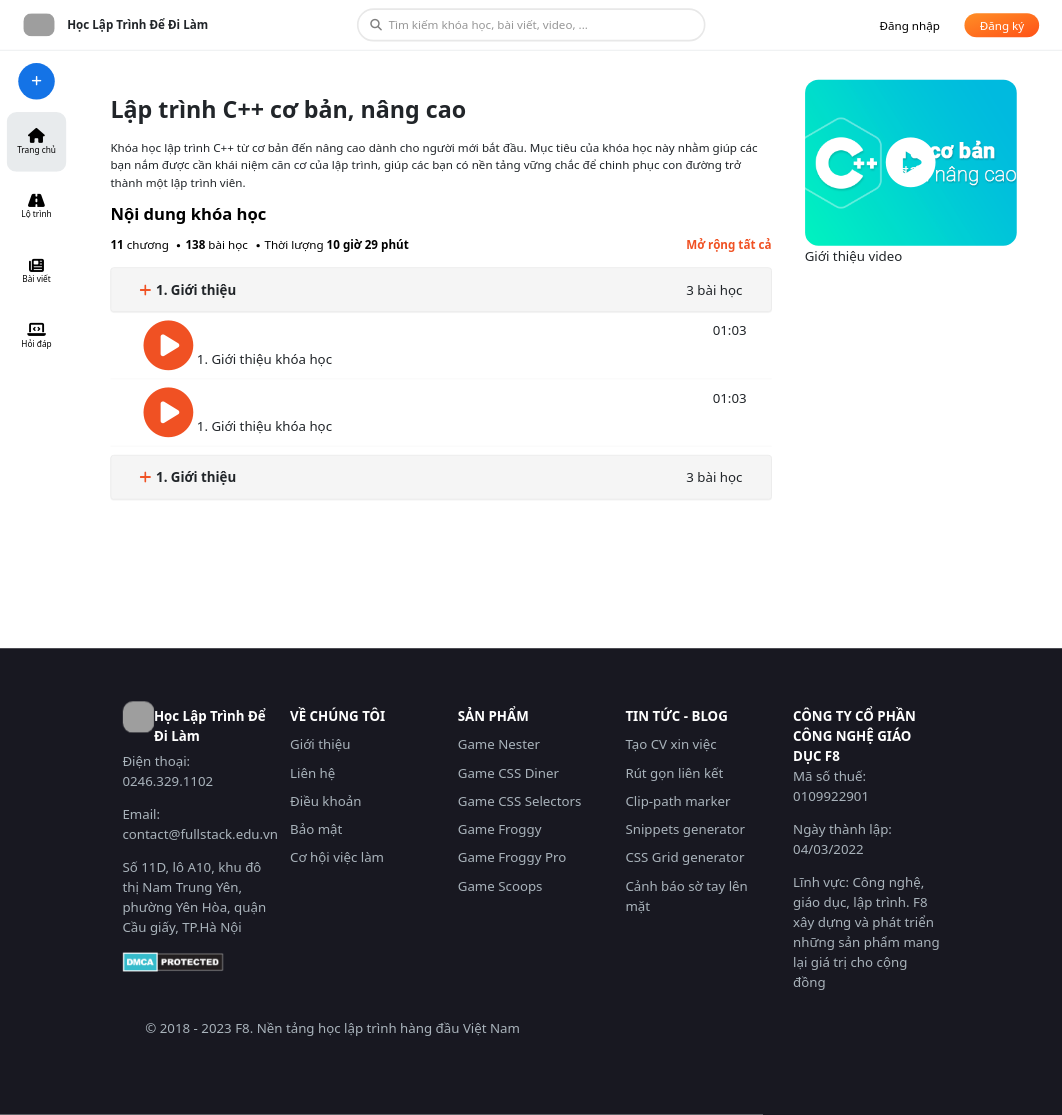
Repository: Quoc-Thang/projectasm
Page: introcourse.html
An editor plug-in stored every save of this project. The page is shown before and after the next save, followed by the edit.
The browser window is 1280 px wide. The pictures show the whole page, at 83% of full size.
Pictures or frames that could not be fetched are drawn as grey boxes. Some web libraries are served in a nearby version.

Above is the page before, as saved 2023-11-30 22:41:36.

### introcourse.html
<!DOCTYPE html>
<html lang="vi">
  <head>
    <meta charset="UTF-8" />
    <meta name="viewport" content="width=device-width, initial-scale=1.0" />
    <title>F8 - Học lập trình để đi làm</title>
    <!-- Preconnect -->
    <link rel="preconnect" href="https://unpkg.com/aos@2.3.1" />
    <link
      rel="preconnect"
      href="https://cdn.jsdelivr.net/npm/bootstrap@5.3.2" />
    <link rel="preconnect" href="https://kit.fontawesome.com" />
    <link rel="preconnect" href="https://fonts.googleapis.com" />
    <link rel="preconnect" href="https://fonts.gstatic.com" crossorigin />

    <!-- AOS -->
    <link href="https://unpkg.com/aos@2.3.1/dist/aos.css" rel="stylesheet" />

    <!-- Bootstrap -->
    <link
      href="https://cdn.jsdelivr.net/npm/bootstrap@5.3.2/dist/css/bootstrap.min.css"
      rel="stylesheet"
      integrity="sha384-T3c6CoIi6uLrA9TneNEoa7RxnatzjcDSCmG1MXxSR1GAsXEV/Dwwykc2MPK8M2HN"
      crossorigin="anonymous" />

    <!-- Google Fonts -->
    <link
      href="https://fonts.googleapis.com/css2?family=Poppins:wght@100;200;300;400&family=Roboto:wght@100;300;400&display=swap"
      rel="stylesheet" />

    <!-- CSS -->
    <link rel="stylesheet" href="./view/assets/css/reset.css" />
    <link rel="stylesheet" href="./view/assets/css/synthetic.css" />
    <link rel="stylesheet" href="./view/assets/css/header.css" />
    <link rel="stylesheet" href="./view/assets/css/nav.css" />
    <link rel="stylesheet" href="./view/assets/css/slider.css" />
    <link rel="stylesheet" href="./view/assets/css/wrappercontent.css" />
    <link rel="stylesheet" href="./view/assets/css/footer.css" />
    <link rel="stylesheet" href="./view/assets/css/introcourse.css">
  </head>

  <body>
    <!-- Content -->
    <div id="wrapper">
      <!-- Header -->
      <header>
        <div class="row wrap-header">
          <!-- Logo Website -->
          <div class="col-4">
            <div class="logo">
              <a href="/">
                <img src="./view/assets/image/Logo.png" alt="Logo Website" />
              </a>
              <h4 class="logoTxt">Học Lập Trình Để Đi Làm</h4>
            </div>
          </div>

          <!-- Search -->
          <div class="col-4">
            <div class="form-search">
              <form action="" method="post">
                <div class="form">
                  <button type="submit">
                    <i class="fa-solid fa-magnifying-glass"></i>
                  </button>
                  <input
                    type="search"
                    placeholder="Tìm kiếm khóa học, bài viết, video, ..."
                    name="searchTxt"
                    id="search-input"
                    autocomplete="off"
                    />
                </div>
              </form>
              <div class="card-search">
                <div class="heading-card-search">
                  <i class="fa-solid fa-magnifying-glass"></i>
                  <span>Kết quả tìm kiếm cho:</span>
                </div>
                <div class="content-card-search">
                  <div class="title-content">
                    <h2>
                      Khóa học
                    </h2>
                    <a href="#">
                      Xem thêm
                    </a>
                  </div>
                  <ul class="main-content" id="apiData">
                    <li>
                      <a href="#">
                        <img src="./view/assets/image/htmlcsszerohero.png" alt="Image course">
                        <span>
                          HTML, CSS từ cơ bản đến nâng cao
                        </span>
                      </a>
                    </li>
                    <li>
                      <a href="#">
                        <img src="./view/assets/image/htmlcsspro.png" alt="Image course">
                        <span>
                          HTML, CSS Pro
                        </span>
                      </a>
                    </li>
                    <li>
                      <a href="#">
                        <img src="./view/assets/image/sass.png" alt="Image course">
                        <span>
                          Ngôn ngữ tiền xử lý sass
                        </span>
                      </a>
                    </li>
                  </ul>
                </div>
              </div>
            </div>
          </div>

          <!-- Account -->
          <div class="col-4">
            <div class="account">
              <div class="login">
                <a class="openLogin" href="javascript:void(0)"> Đăng nhập </a>
              </div>
              <div class="signup">
                <a class="openSignup" href="javascript:void(0)"> Đăng ký </a>
              </div>
            </div>
          </div>
        </div>
      </header>

      <main id="main-content">
        <!-- Sidebar -->
        <nav class="menu-sidebar">
          <div class="sidebar">
            <div id="news-post" onclick="newsPost()">
              <a id="rotate" href="javascript:void(0)">
                <i class="fa-solid fa-plus"></i>
              </a>
              <span id="model-news">Thêm tin tức mới</span>
            </div>
            <ul>
              <li>
                <a class="menu-sidebar active" href="#">
                  <i class="fa-solid fa-house"></i>
                  <span class="txt-menu"> Trang chủ </span>
                </a>
              </li>
              <li>
                <a class="menu-sidebar" href="#">
                  <i class="fa-solid fa-road"></i>
                  <span class="txt-menu"> Lộ trình </span></a
                >
              </li>
              <li>
                <a class="menu-sidebar" href="#">
                  <i class="fa-solid fa-newspaper"></i>
                  <span class="txt-menu"> Bài viết </span></a
                >
              </li>
              <li>
                <a class="menu-sidebar" href="#">
                  <i class="fa-solid fa-laptop-code"></i>
                  <span class="txt-menu"> Hỏi đáp </span></a
                >
              </li>
            </ul>
          </div>
        </nav>

        <!-- Article -->
        <article id="main">

          <!-- Wrapper Content Main -->
          <div class="wrapper-content">
            <div class="intro-course">
              <div class="content-course">
                <div class="heading-course">
                  <h1 class="title-heading-course">
                    Lập trình C++ cơ bản, nâng cao
                  </h1>
                  <p class="desc-course">
                    Khóa học lập trình C++ từ cơ bản đến nâng cao dành cho người mới bắt đầu. Mục tiêu của khóa học này nhằm giúp các bạn nắm được cần khái niệm căn cơ của lập trình, giúp các bạn có nền tảng vững chắc để chinh phục con đường trở thành một lập trình viên.
                  </p>
                </div>
                <div class="main-content-course">
                  <div class="content-course-top">
                    <h2 class="title-course">
                      Nội dung khóa học
                    </h2>
                    <div class="desc-content-course">
                      <ul>
                        <li>
                          <a href="#">
                            <strong>
                              11
                            </strong>
                            chương
                          </a>
                        </li>
                        <li>
                          <a href="#">
                            <strong>
                              138
                            </strong>
                            bài học
                          </a>
                        </li>
                        <li>
                          <a href="#">
                            Thời lượng
                            <strong>
                              10 giờ 29 phút
                            </strong>
                          </a>
                        </li>
                      </ul>
                      <a class="read-more" href="#">
                        Mở rộng tất cả
                      </a>
                    </div>
                  </div>

                    <div class="list-panels-course">
                      <div class="list-panel-course">
                        <div class="panel-left">
                          <div class="icon-panel">
                              <i class="fa-solid fa-plus" style="color: #f05123;"></i>
                              <i class="fa-solid fa-minus" style="color: #f05123;"></i>
                          </div>
                          <span>
                            1. Giới thiệu
                          </span>
                        </div>
                        <div class="panel-right">
                          <span>
                            3 bài học
                          </soan>
                        </div>
                      </div>

                      <!-- List tab panel -->
                      <div class="list-tab-panel">
                        <!-- Tab panel -->
                        <div class="tab-panel">
                          <span class="desc-panel">
                            <i class="fa-solid fa-circle-play" style="color: #f05123;"></i>
                            1. Giới thiệu khóa học
                          </span>
                          <span class="desc-time">
                            01:03
                          </span>
                        </div>

                        <div class="tab-panel">
                          <span class="desc-panel">
                            <i class="fa-solid fa-circle-play" style="color: #f05123;"></i>
                            1. Giới thiệu khóa học
                          </span>
                          <span class="desc-time">
                            01:03
                          </span>
                        </div>
                      </div>
                    </div>

                    <div class="list-panels-course">
                      <div class="list-panel-course">
                        <div class="panel-left">
                          <div class="icon-panel">
                              <i class="fa-solid fa-plus" style="color: #f05123;"></i>
                              <i class="fa-solid fa-minus" style="color: #f05123;"></i>
                          </div>
                          <span>
                            1. Giới thiệu
                          </span>
                        </div>
                        <div class="panel-right">
                          <span>
                            3 bài học
                          </soan>
                        </div>
                      </div>
                    <!-- List tab panel -->
                    <div class="list-tab-panel">
                      <!-- Tab panel -->
                      <div class="tab-panel">
                        <span class="desc-panel">
                          <i class="fa-solid fa-circle-play" style="color: #f05123;"></i>
                          1. Giới thiệu khóa học
                        </span>
                        <span class="desc-time">
                          01:03
                        </span>
                      </div>

                      <div class="tab-panel">
                        <span class="desc-panel">
                          <i class="fa-solid fa-circle-play" style="color: #f05123;"></i>
                          1. Giới thiệu khóa học
                        </span>
                        <span class="desc-time">
                          01:03
                        </span>
                      </div>
                    </div>
                  </div>
                </div>
              </div>
              <div class="intro-video-course">
                <div class="first-intro-video-course">
                  <div class="img-video-course">
                    <div class="icon-play">
                      <i class="fa-solid fa-circle-play" style="color: #fff;"></i>
                    </div>
                  </div>
                  <p class="see-intro-course">Giới thiệu video</p>
                </div>
                <div class="second-intro-video-course"></div>
              </div>
            </div>
          </div>
        </article>
      </main>

      <!-- Footer -->
      <footer>
        <div class="content-footer">
          <!-- Footer top -->
          <div class="footer-top">
            <!-- Slogan -->
            <div class="slogan content-column-footer">
              <div class="footer-slogan title-footer">
                <figure>
                  <img src="./view/assets/image/Logo.png" alt="Logo Website" />
                </figure>
                <figcaption>
                  <span class="txt-slogan"> Học lập trình để đi làm </span>
                </figcaption>
              </div>
              <div class="footer-contact-list">
                <ul>
                  <li>
                    <p>Điện thoại: 0246.329.1102</p>
                  </li>
                  <li>
                    <p>Email: contact@fullstack.edu.vn</p>
                  </li>
                  <li>
                    <p>
                      Số 11D, lô A10, khu đô thị Nam Trung Yên, phường Yên Hòa,
                      quận Cầu giấy, TP.Hà Nội
                    </p>
                  </li>
                </ul>
              </div>
              <div class="footer-protect">
                <figure>
                  <a href="#">
                    <img
                      src="./view/assets/image/dmca.png"
                      alt="DMCA Protect" />
                  </a>
                </figure>
              </div>
            </div>

            <!-- About us -->
            <div class="about content-column-footer">
              <div class="title-footer about-us">
                <span>Về chúng tôi</span>
              </div>
              <nav class="list-about">
                <ul>
                  <li><a href="#">Giới thiệu</a></li>
                  <li><a href="#">Liên hệ</a></li>
                  <li><a href="#">Điều khoản</a></li>
                  <li><a href="#">Bảo mật</a></li>
                  <li><a href="#">Cơ hội việc làm</a></li>
                </ul>
              </nav>
            </div>

            <!-- Products -->
            <div class="product content-column-footer">
              <div class="title-footer product-type">
                <span>Sản phẩm</span>
              </div>
              <nav class="list-product">
                <ul>
                  <li><a href="#">Game Nester</a></li>
                  <li><a href="#">Game CSS Diner</a></li>
                  <li><a href="#">Game CSS Selectors</a></li>
                  <li><a href="#">Game Froggy</a></li>
                  <li><a href="#">Game Froggy Pro</a></li>
                  <li><a href="#">Game Scoops</a></li>
                </ul>
              </nav>
            </div>

            <!-- Tools -->
            <div class="tools content-column-footer">
              <div class="title-footer tools-type">
                <span>Tin tức - Blog</span>
              </div>
              <nav class="list-tools">
                <ul>
                  <li><a href="#">Tạo CV xin việc</a></li>
                  <li><a href="#">Rút gọn liên kết</a></li>
                  <li><a href="#">Clip-path marker</a></li>
                  <li><a href="#">Snippets generator</a></li>
                  <li><a href="#">CSS Grid generator</a></li>
                  <li><a href="#">Cảnh báo sờ tay lên mặt</a></li>
                </ul>
              </nav>
            </div>

            <!-- Company -->
            <div class="company content-column-footer">
              <div class="title-footer company-type">
                <span>Công ty cổ phần công nghệ giáo dục F8</span>
              </div>
              <nav class="list-company">
                <ul>
                  <li>
                    <p href="#">Mã số thuế: <span>0109922901</span></p>
                  </li>
                  <li>
                    <p href="#">Ngày thành lập: <span>04/03/2022</span></p>
                  </li>
                  <li>
                    <p href="#">
                      Lĩnh vực:
                      <span
                        >Công nghệ, giáo dục, lập trình. F8 xây dựng và phát
                        triển những sản phẩm mang lại giá trị cho cộng đồng
                      </span>
                    </p>
                  </li>
                </ul>
              </nav>
            </div>
          </div>

          <!-- Footer bottom -->
          <div class="footer-bottom">
            <div class="copyright">
              <p>© 2018 - 2023 F8. Nền tảng học lập trình hàng đầu Việt Nam</p>
            </div>
            <div class="social-media">
              <!-- <img src="/images/icons/facebook.svg" alt="" />
              <img src="/images/icons/instagram.svg" alt="" />
              <img src="/images/icons/twitter.svg" alt="" />
              <img src="/images/icons/linkedin.svg" alt="" /> -->
            </div>
          </div>
          </div>
        </div>
      </footer>
    </div>
    <!-- Javascript -->
    <script src="./view/assets/javascript/sidebar.js"></script>
    <script src="./view/assets/javascript/introcourse.js"></script>
    <script src="./view/assets/javascript/formsearch.js"></script>
    <script src="./view/assets/javascript/formlogin.js"></script>
    <script src="./view/assets/javascript/formsignup.js"></script>

    <!-- Font Awesome -->
    <script
      src="https://kit.fontawesome.com/3e006365dd.js"
      crossorigin="anonymous"></script>

    <!-- Bootstrap -->
    <script
      src="https://cdn.jsdelivr.net/npm/bootstrap@5.3.2/dist/js/bootstrap.bundle.min.js"
      integrity="sha384-C6RzsynM9kWDrMNeT87bh95OGNyZPhcTNXj1NW7RuBCsyN/o0jlpcV8Qyq46cDfL"
      crossorigin="anonymous"></script>

    <!-- AOS -->
    <script src="https://unpkg.com/aos@2.3.1/dist/aos.js"></script>
    <script>
      AOS.init();
    </script>
  </body>
</html>

### view/assets/css/synthetic.css
:root {
  --system-ui: system-ui, "Segoe UI", Roboto, Helvetica, Arial, sans-serif,
    "Apple Color Emoji", "Segoe UI Emoji", "Segoe UI Symbol";
  --font-code: "SF Mono", monospace;
}

html,
body {
  min-height: 100% !important;
  height: 100%;
}

body {
  font-family: var(--system-ui);
  scroll-behavior: smooth;
  overflow-x: hidden;
}

main {
  display: flex;
}

#main {
  display: flex;
  flex-direction: column;
}

article {
  display: flex;
  min-width: 100vh;
}

#wrapper {
  width: 100%;
}

/* width */
::-webkit-scrollbar {
  width: 8px;
}

/* Track */
::-webkit-scrollbar-track {
  box-shadow: inset 0 0 5px grey;
  /* border-radius: 8px; */
}

/* Handle */
::-webkit-scrollbar-thumb {
  background: #a9a9a9;
  border-radius: 4px;
}

/* Handle on hover */
::-webkit-scrollbar-thumb:hover {
  background: #a9a9a9;
}

ul {
  list-style-type: none;
  margin: 0;
  padding: 0;
}

a {
  text-decoration: none;
}

### view/assets/css/introcourse.css
:root {
  --primary-color: #f05123;
  --background-color: #fff;
  --border-bottom: #e8ebed;
  --border-color: #1473e6;
  --background-hover: #f5f5f5;
  --border: #e8e8e8;
  --color-txt: #000;
  --background-color-menu: #f0f0f0;
}

.intro-course {
  display: flex;
  flex-direction: row;
}

.content-course {
  padding: 0 30px 0 0;
  width: 75%;
}

.title-heading-course {
  font-weight: 700;
  font-size: 28px;
}

.desc-course {
  font-size: 14px;
}

.list-panels-course {
  margin-bottom: 10px;
}

.title-course {
  font-size: 20px;
  font-weight: 700;
}

.desc-content-course {
  display: flex;
  gap: 20px;
  align-items: center;
  justify-content: space-between;
  margin-bottom: 16px;
}

.desc-content-course ul {
  display: flex;
  gap: 20px;
}

.desc-content-course ul li {
  position: relative;
}

.desc-content-course ul li:not(:last-child):after {
  content: "";
  position: absolute;
  border-radius: 50%;
  height: 4px;
  width: 4px;
  background-color: var(--color-txt);
  top: 50%;
  margin-left: 10px;
}

.desc-content-course a {
  color: var(--color-txt);
  font-size: 14px;
}

.read-more {
  color: var(--primary-color) !important;
  font-weight: 600;
  margin-right: 0;
}

.list-panel-course,
.panel-left {
  display: flex;
  gap: 20px;
  cursor: pointer;
}

.panel-left span {
  font-weight: 600;
}

.list-panel-course {
  justify-content: space-between;
  background-color: var(--background-hover);
  padding: 14px 34px;
  border-radius: 4px;
  box-shadow: 0 1px 1px rgba(0, 0, 0, 0.05);
  border: 1px solid #ebebeb;
  position: sticky;
  top: 0;
}

.icon-panel {
  position: relative;
}

.fa-plus,
.fa-minus {
  position: absolute;
  top: 50%;
  transform: translateY(-50%);
}

.list-tab-panel {
  width: 100%;
  height: 100%;
  /* display: flex; */
  /* flex-direction: column; */
  display: none;
}

.tab-panel {
  display: flex;
  justify-content: space-between;
  border: 1px solid #00000008;
  border-right: 0;
  border-top: 0;
  border-left: 0;
  padding: 10px 30px 10px 40px;
}

.fa-play {
  background-color: var(--primary-color);
  height: 14px;
  width: 14px;
  border-radius: 50%;
}

.play-video {
  font-size: 60px;
}

.intro-video-course {
  width: 25%;
  display: flex;
  justify-content: center;
}

.first-intro-video-course {
  width: calc(100% - 20px);
}

.img-video-course {
  background-image: url("/view/assets/image/cppcobannangcao.png");
  background-position: center;
  background-origin: content-box;
  background-size: cover;
  background-repeat: no-repeat;
  width: 100%;
  height: 200px;
  display: flex;
  justify-content: center;
  align-items: center;
  border-radius: 16px;
}

.img-video-course::before {
  background-color: var(--primary-color);
  height: 100%;
  width: 100%;
}

.fa-circle-play {
  font-size: 60px;
}

Loaded but not shown: view/assets/css/reset.css (common file); view/assets/javascript/formsignup.js (252 lines, source omitted); view/assets/javascript/formlogin.js (244 lines, source omitted); view/assets/javascript/introcourse.js (40 lines, source omitted); view/assets/javascript/sidebar.js (29 lines, source omitted); view/assets/javascript/formsearch.js (20 lines, source omitted); view/assets/css/slider.css (230 lines, source omitted); view/assets/css/wrappercontent.css (239 lines, source omitted); view/assets/css/nav.css (142 lines, source omitted); view/assets/css/header.css (164 lines, source omitted); view/assets/css/footer.css (90 lines, source omitted)

After the next save:
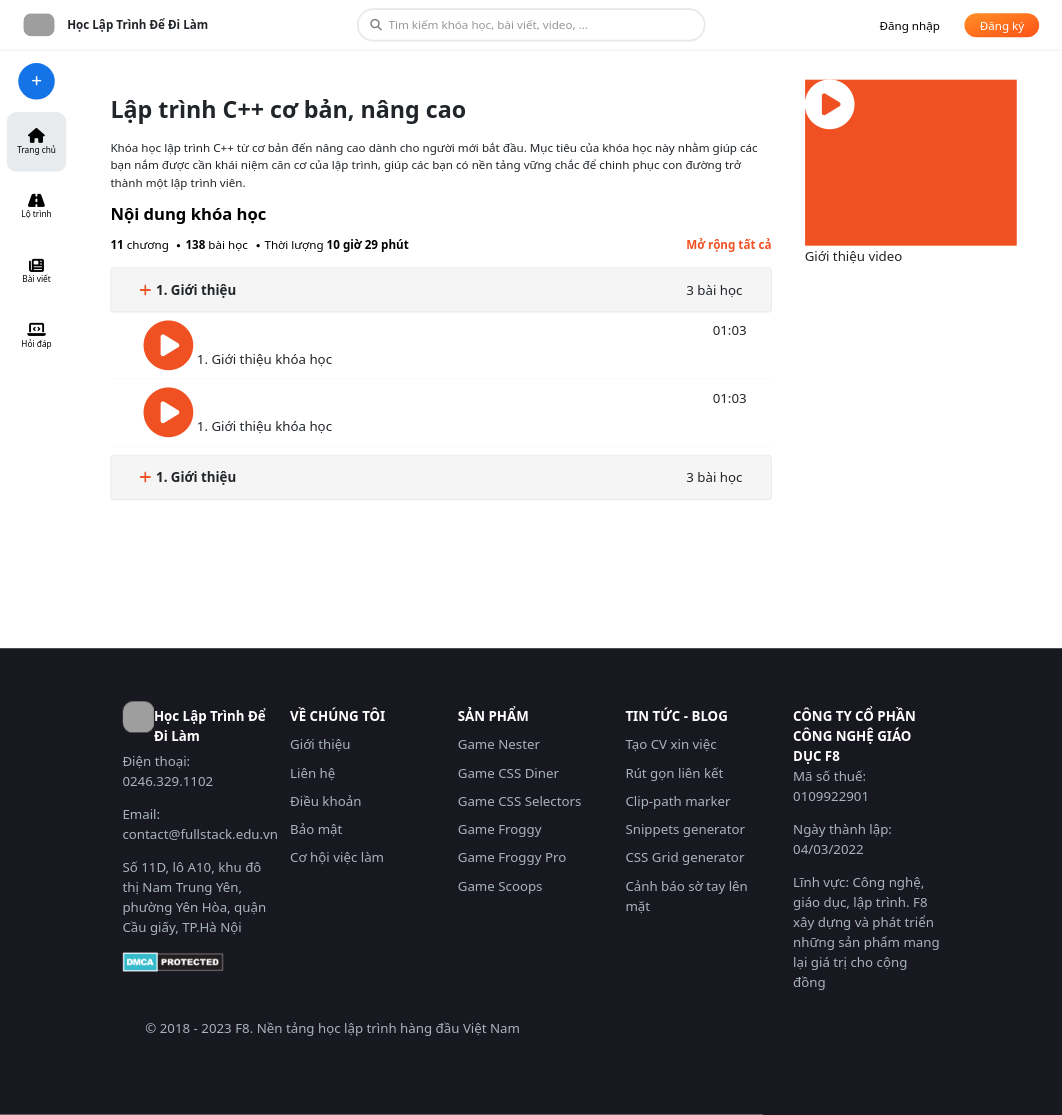
Saved 15 s later.
--- a/view/assets/css/introcourse.css
+++ b/view/assets/css/introcourse.css
@@ -162,7 +162,7 @@
   border-radius: 16px;
 }
 
-.img-video-course::before {
+.icon-play {
   background-color: var(--primary-color);
   height: 100%;
   width: 100%;
